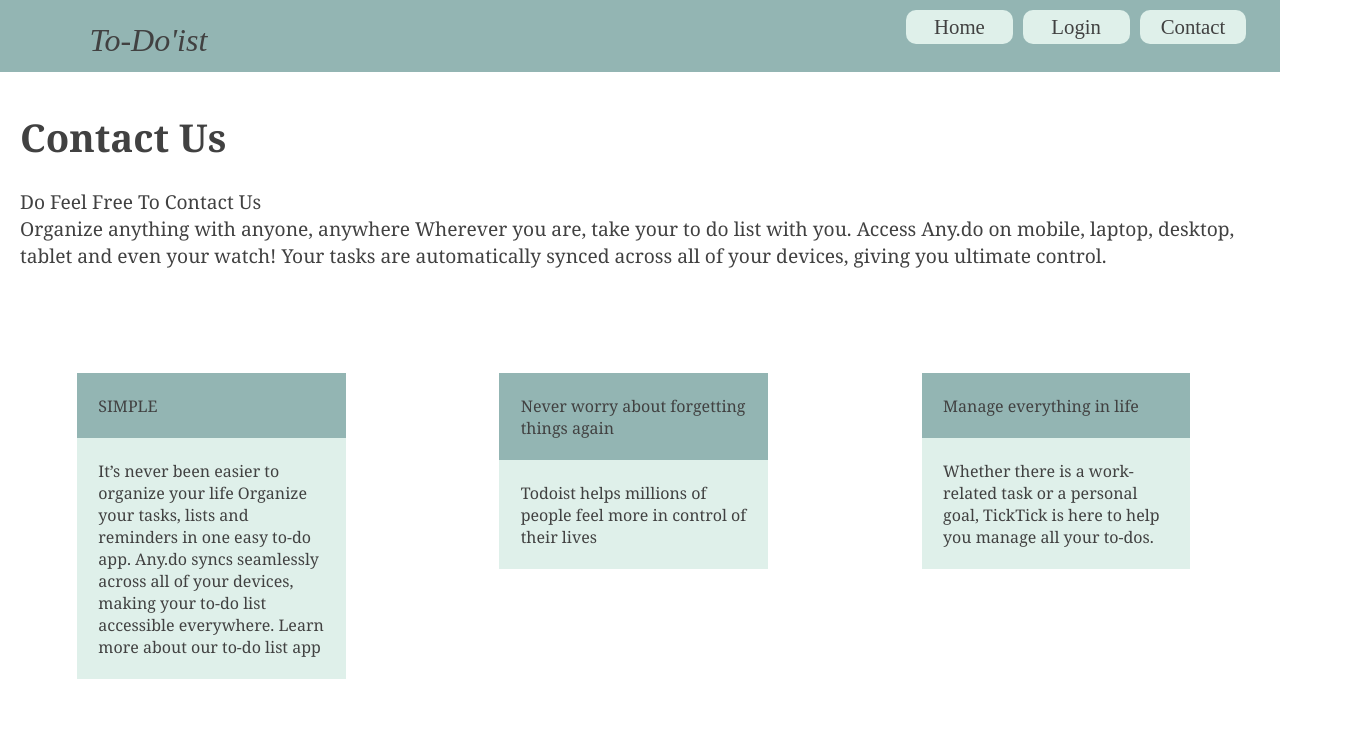
Repository: tavisca-pkadam/Todo-Website
Page: contact.html
An editor plug-in stored every save of this project. The page is shown before and after a run of saves, followed by the edit.
The browser window is 1280 px wide. The page is 1370 px wide, so the pictures cover 1370 px, including what lies to the right of the window. The pictures show the whole page.

Above is the page before, as saved 2019-08-22 14:05:24.
Console error: TypeError: Cannot set properties of null (setting 'onclick')

### contact.html
<!DOCTYPE html>
<html>
  <head>
    <meta charset="utf-8" />
    <meta http-equiv="X-UA-Compatible" content="IE=edge" />
    <title>Page Title</title>
    <meta name="viewport" content="width=device-width, initial-scale=1" />
    <link rel="stylesheet" type="text/css" media="screen" href="main2.css" />
    <link rel="import" href="components/header.html" />
    <!-- <script src='main.js'></script> -->
  </head>
  <body>
    <div class="grid-container">
      <div class="grid_header">
        <div id="head" class="header">
          <!-- <img id="company_logo" src="src/logo.jpg" width="5%" /> -->
          <p id="todo_header"><i>To-Do'ist</i></p>

          <div class="links">
            <div>
              <a href="/home_grid.html">
                <div class="link_btn">Home</div>
              </a>
              <a href="/login_grid.html">
                <div class="link_btn">Login</div>
              </a>

              <a href="/contact.html">
                <div class="link_btn">Contact</div>
              </a>
            </div>
          </div>
        </div>
      </div>
      <!-- <div class="grid_side_nav">
        <div class="side_nav">
            <a href="/home_grid.html">

          <div id="side_todo" class="side_btn">
              To-do's
          </div>
        </a>

        <a href="/account.html">
          <div id="side_user" class="side_btn">
              Account
            </div>
          </a>
          <a href="/login_grid.html">
          <div id="side_login" class="side_btn">
              Login
            </div>
          </a>
        </div>
      </div> -->
      <div class="grid_main_content">
        <div class="home">
          <div>
            <h1>Contact Us</h1>
            <div>Do Feel Free To Contact Us</div>
          </div>

          Organize anything with anyone, anywhere Wherever you are, take your to
          do list with you. Access Any.do on mobile, laptop, desktop, tablet and
          even your watch! Your tasks are automatically synced across all of
          your devices, giving you ultimate control.
        </div>
        <div class="card">
          <div class="card_head">SIMPLE</div>
          <div class="card_content">
            It’s never been easier to organize your life Organize your tasks,
            lists and reminders in one easy to-do app. Any.do syncs seamlessly
            across all of your devices, making your to-do list accessible
            everywhere. Learn more about our to-do list app
          </div>
        </div>
        <div class="card">
          <div class="card_head">Never worry about forgetting things again</div>
          <div class="card_content">
            Todoist helps millions of people feel more in control of their lives
          </div>
        </div>
        <div class="card">
          <div class="card_head">Manage everything in life</div>
          <div class="card_content">
            Whether there is a work-related task or a personal goal, TickTick is
            here to help you manage all your to-dos.
          </div>
        </div>
      </div>

      <div class="grid_footer"></div>
    </div>
    <script src="scripts/main2.js"></script>
  </body>
</html>

### main2.css
.header {
    background-color:#93b5b3;
    grid-column: 1/5;
    position: relative;
    width: 100vw;
    height: 10vh;
    margin: 0%;
    /* border-bottom: 2px double black; */
    font-family: fantasy;
  }

  input {
    border-radius: 8px;
    width: 20vw;
    height: 3vh;
  }

  body {
      font-family: Cambria, Cochin, Georgia, Times, 'Times New Roman', serif;
      margin: 0%;
      color: #414141;
  }
  a {
    color: #414141;
    text-decoration: none;
  }

  #company_logo {
    position: absolute;
    left: 1%;
    width: 4%;
    margin-top: 1vh;
  }

  #todo_header {
    font-size: 2em;
    position: absolute;
    width: 100%;
    left: 7%;
    padding-bottom: 7%;
    /* text-align: left; */
    top: -10px;
    /* right: 45%; */
  }

  .side_nav {
    margin-top:2%;
    /* position: fixed; */
    width: 100%;
    background-color: #dff0ea;
    height: 88vh;
  }

  .side_btn {
    padding-top: 8%;
    text-align: center;
    width: 98%;
    height:8%;
    position: relative;
    background-color: #dff0ea;
    /* margin-top: 50%; */
    font-size: 1.3rem;
    border-width: 0px 5px 1px 0px;
    border-style: solid;
    border-color: #63707e;
  }


  .side_btn:hover {
    /* left:-5%; */
    background-color: #c8dad3;
    border-color: #63707e;
    border-style: solid;
    transition: linear;
    cursor: pointer;

  }

  .modal_header{
      background-color: #c8dad3;
      height: 15%;
      padding-top: 1%;
      line-height: 1.3rem;
      font-size: 1.2rem;
  }

  .todo_content {
    position: relative;
    /* left: 5%; */
    /* width: 85%; */
    /* background-color: aquamarine; */
    height: 78vh;
  }

  #todo_add_modal{
      border-radius: 10px;
      border-style: solid;
      border-color: #553c8b;
      visibility: hidden;
      position: absolute;
      height: 20vh;
      left: 20vw;
      width: 50%;
      margin-top:8%;
      text-align: center;
      background-color: #f2f6f5;
      z-index: 10;
  }

  #todo_add_modal_input {
      margin: 2% 10%;
      /* background-color: aquamarine; */
      width: 80%;
  }
  #todo_add_modal_add_btn{
      margin: 2% 45%;
      background-color: #ccc1ff;
      cursor: pointer;

  }
  #todo_add_modal_add_btn:hover {
    background-color: #c8dad3;

  }

  #todo_content_head {
    border: 1px;
    position: relative;
    /* background-color: deepskyblue; */
    padding: 5px;
    width: 60%;
    height: 6vh;
    border-radius: 20px;
    left: 20%;
    top: 5%;

    border-width: 1px;
    border-style: solid;
    border-color: #553c8b;
  }

  .search_button {

    text-align: center;
    background-color: #dff0ea;
    border-radius: 5px;
    padding: 0.5%;
    cursor: pointer;

  }

  #todo_content_head_search_input{
      position: absolute;
      left:5%;
      margin-top: 10px;

  }

  #todo_content_head_search_btn{
      position: absolute;
      left:50%;
      margin-top: 10px;
      width: 15%;
      background-color: #dff0ea;
  }

  #todo_content_head_search_btn:hover {
    background-color: #c8dad3;

  }

  #todo_content_search {
    position: absolute;
    /* background-color: darksalmon; */
    padding: 0.5%;
    margin-left: 4%;
    padding-left: 2%;
    padding-right: 4%;
    left: 6vw;
    border-radius: 2px;
    /* border-width: 1px; */
    /* border-style: solid; */
    margin: 3px;

    border-color: #553c8b;
  }
  #todo_content_add {
    position: absolute;
    background-color: #dff0ea;
    left: 70%;
    /* top: 10px; */
    width: 15%;
    margin-top: 10px;
  }

  #todo_content_add:hover{
    background-color: #c8dad3;

  }

  #todo_list {
    /* background-color: mediumslateblue; */
    position: relative;
    width: 80%;
    left: 10%;
    top: 10%;
    height: 55vh;
    border-radius: 15px;
    padding: 3px;
    padding-left: 8px;

    border-width: 1px;
    border-style: solid;
    border-color: #553c8b;

    overflow-y:scroll;
    scroll-behavior: smooth;


  }

  .todo_item {
    margin: 5px;
    margin-top: 15px;
  }

  .todo_edit_btn {
    position: absolute;
    text-align: center;
    padding: 3px 10px;
    width: 7%;
    background-color: #dff0ea;
    margin-left: 75%;
    border-radius: 5px;
    cursor: pointer;
  }


  .todo_edit_btn:hover{
    background-color: #c8dad3;
  }

  .todo_remove_btn {
    text-align: center;
    padding: 3px 10px;
    width: 7%;
    background-color: #dff0ea;
    margin-left: 88%;
    border-radius: 5px;
    cursor: pointer;

  }

  .todo_remove_btn:hover{
    background-color: #c8dad3;
  }

  .todo_detail {
    width: 70%;

    position: absolute;
    padding: 2px;
    padding-left: 1%;

    border-bottom: 6px solid;
    border-left: 6px solid;
    border-width: 1px;
    border-color: #553c8b;
  }

  .links {
    position: relative;
    width: 30%;
    float: right;
    /* font-family: 'Lucida Sans', 'Lucida Sans Regular', 'Lucida Grande', 'Lucida Sans Unicode', Geneva, Verdana, sans-serif */
    font-size: 1.3rem;
  }

  .link_btn {
    float: left;
    padding: 5px 15px;
    background-color: #dff0ea;
    width: 20%;
    border-radius: 10px;
    margin-left:10px;
    margin-top:10px;
    text-align: center;
  }

  .link_btn:hover {
    background-color: #c8dad3;

  }


  #link_btn_home {
    margin-left: 0%;
  }

  #link_btn_a {
    margin-left: 30%;
  }

  #link_btn_b {
    margin-left: 60%;
  }

  /* Login */

  .login {
    padding: 10px;
    margin: 25%;
    margin-top: 8%;
    border-radius: 5px;
    border-color: #553c8b;
    border-width: 1px;
    border-style: solid;
    background-color: #dff0ea;
  }

  #login_user_input {
    margin: 5%;
    text-align: left;
    padding-left:10%;
  }

  #login_password_input {
    margin: 5%;
    text-align: left;
    padding-left:10%;

  }

  .grid-container {
    grid-template-areas:
      "header header header header header"
      "main_content main_content main_content main_content main_content"
      "main_content main_content main_content main_content main_content"
      "main_content main_content main_content main_content main_content"
      "main_content main_content main_content main_content main_content"
      "footer footer footer footer footer";
    display: grid;
    /* background-color: #2196F3; */
  }

  .grid_header {
    height: 9vh;
    grid-area: header;
    /* background-color: aquamarine; */
  }

  .grid_side_nav {
    height: 89vh;
    width: 20vw;
    grid-area: side_nav;
    /* background-color: red; */
  }

  .grid_main_content {
    height: 79vh;
    width: 100vw;
    grid-area: main_content;
    /* background-color: blueviolet; */
  }

  .grid_footer {
    height: 4vh;
    width: 80vw;
    grid-area: footer;
  }


  /* AccountDetails */

  .account_content{
      /* background-color: burlywood; */
      margin-top: 7px;
  }

  .account_head{
      /* background-color: coral; */
      text-align: center;
      font-family: 'Franklin Gothic Medium', 'Arial Narrow', Arial, sans-serif;
      font-size: 1.5rem;
      padding: 1%;
      background-color: #dff0ea;
      border-style: solid;
      border-width: 0px 0px 2px 0px;
      border-color:  #414141;
    }

  .account_details_header{
      font-family: 'Franklin Gothic Medium', 'Arial Narrow', Arial, sans-serif;
      font-size: 1.2rem;
      padding-left:2%;
      margin-top:2%;
  }

  .account_details{
      font-family: 'Courier New', Courier, monospace;
      line-height: 1.2rem;
      /* background-color: greenyellow; */
      padding-left: 10%;
  }

  .detail_name{
    width: 50%;
    position: relative;
    float: left;
  }

  .detail_input{
    width: 10%;
    position: static;
  }

  #save_button {
    width:5%;
    top:20vh;
    background-color: #dff0ea;
    border-radius: 5px;
    text-align: center;
    padding: 0.5% 2%;
    position: fixed;
    right:5%;
  }

  #save_button:hover {
    background-color: #c8dad3;
  }

  .home{
      padding:20px;
      font-size: 1.2rem;
  }

  .card{
      padding:6%;
      margin-top:1vh;
      /* background-color: #c8dad3; */
      width: 21vw;
      float:left;
  }

  .card_head{
      padding: 8%;
      background-color: #93b5b3
  }

  .card_content{
      padding:  8%;
      background-color: #dff0ea;
  }


#login_btn{
    background-color: #93b5b3;
    width: 20%;
    padding: 3px 5px;
    cursor: pointer;

    border-radius:10px;
  }


#login_btn:hover{
    background-color: #63707e;

  }

### scripts/main2.js

document.getElementById("login_btn").onclick = () => {
    var username = document.getElementById("username").value;
    var password = document.getElementById("password").value;
    console.log(username+password);

    if( username === "paresh" && password ==="kadam"){
        sessionStorage.setItem("login","true");
        console.log("us kadam");
        window.location = "http://127.0.0.1:5500/todo.html";
    }
    else{
        sessionStorage.setItem("login","false");
    }
}

After the next 2 saves:
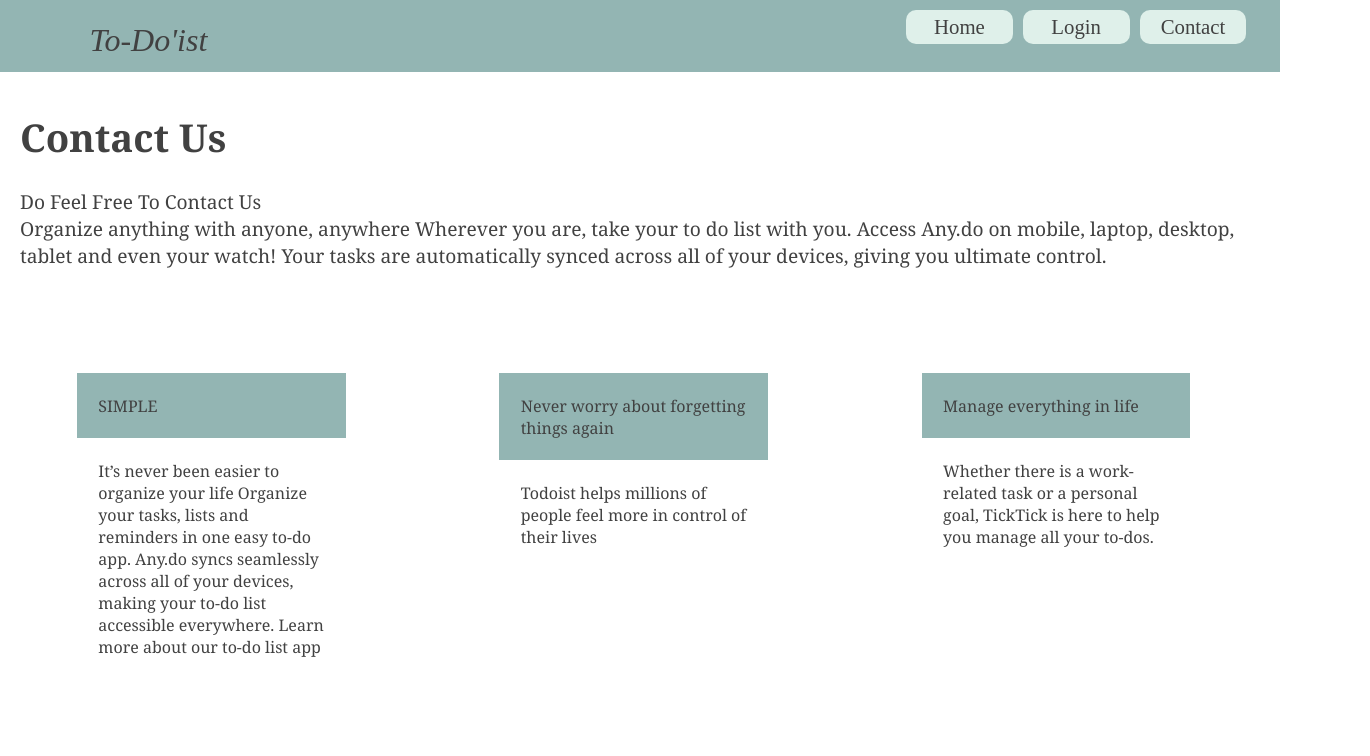
The 2 saves are shown as one change because they came seconds apart.
The last was saved 53 s later.
--- a/main2.css
+++ b/main2.css
@@ -449,6 +449,7 @@
 
   .card_content{
       padding:  8%;
+      height:
       background-color: #dff0ea;
   }
 
